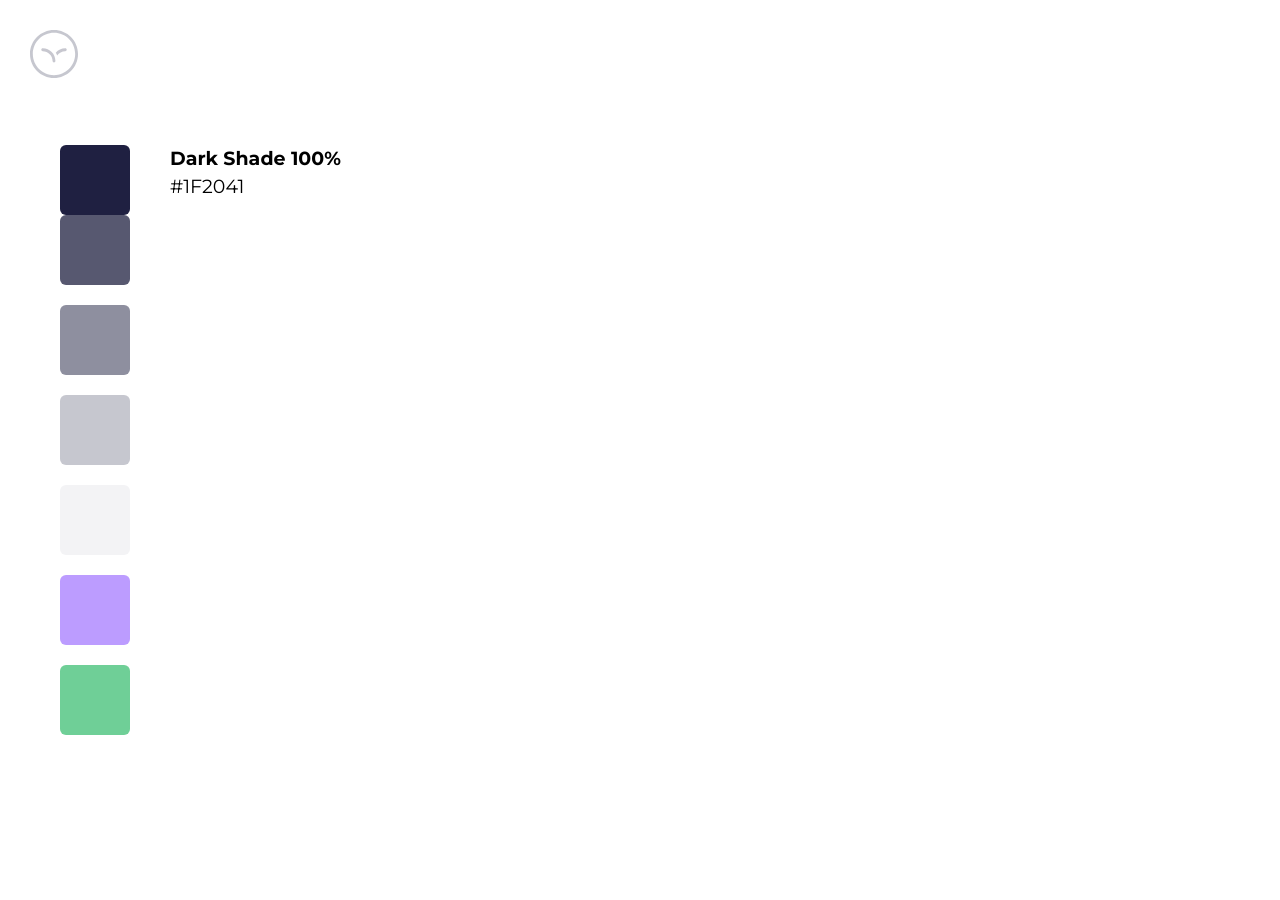
Repository: Inzhir2022/quatrain
Page: ui/index.html
An editor plug-in stored every save of this project. The page is shown before and after the next save, followed by the edit.
The browser window is 1280 px wide. The pictures show the whole page.

Above is the page before, as saved 2022-07-23 09:31:41.

After the next save:
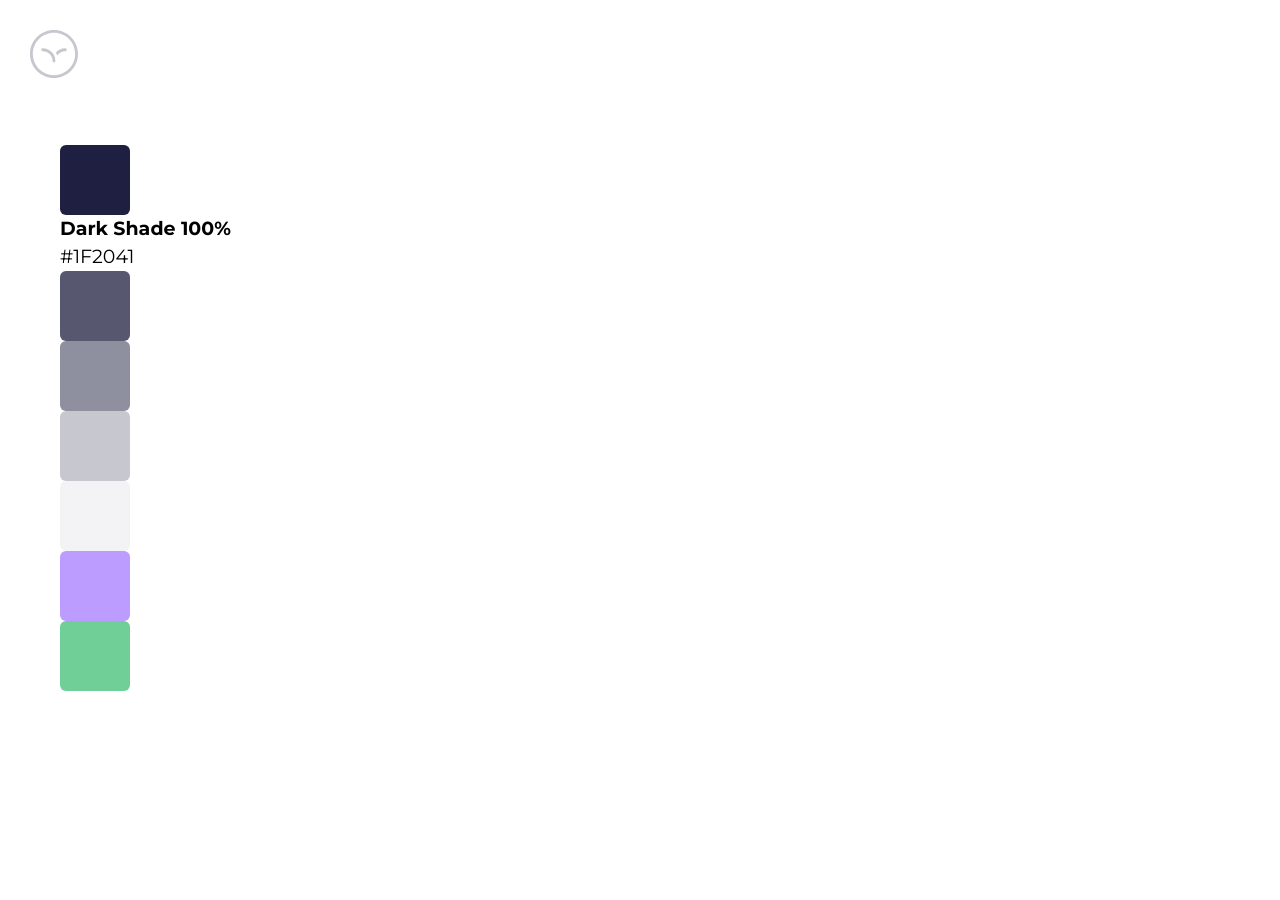
Saved 41 s later.
--- a/ui/style.css
+++ b/ui/style.css
@@ -43,12 +43,6 @@
   grid-row: 2;
 }
 
-.colors__wrapper {
-  display: grid;
-  grid-template-columns: 70px 1fr;
-  column-gap: 40px;
-  row-gap: 20px;
-}
 
 .colors__item {
   width: 70px;

After the save that followed:
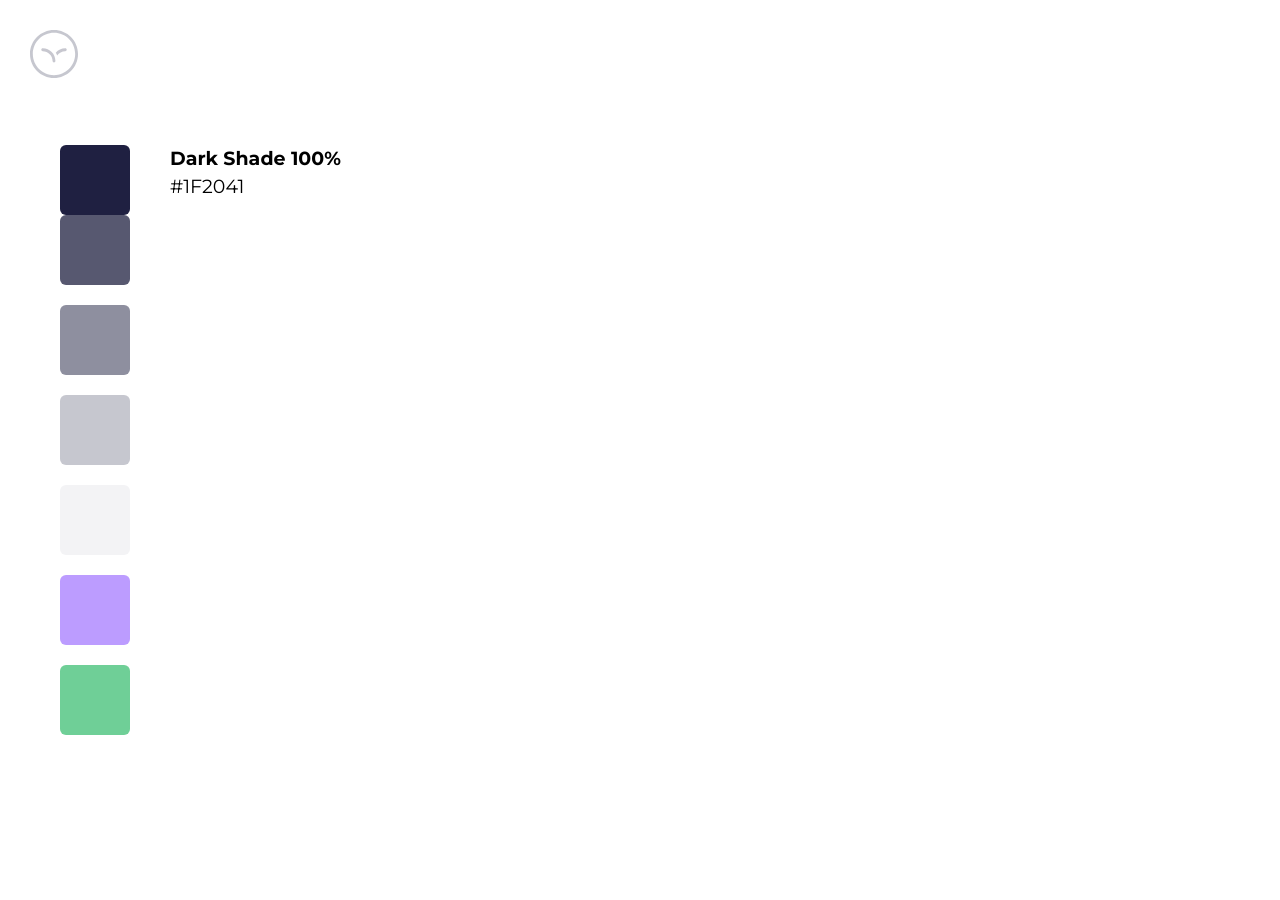
Saved 10 s later.
--- a/ui/style.css
+++ b/ui/style.css
@@ -43,6 +43,12 @@
   grid-row: 2;
 }
 
+.colors__wrapper {
+  display: grid;
+  grid-template-columns: 70px 1fr;
+  column-gap: 40px;
+  row-gap: 20px;
+}
 
 .colors__item {
   width: 70px;
